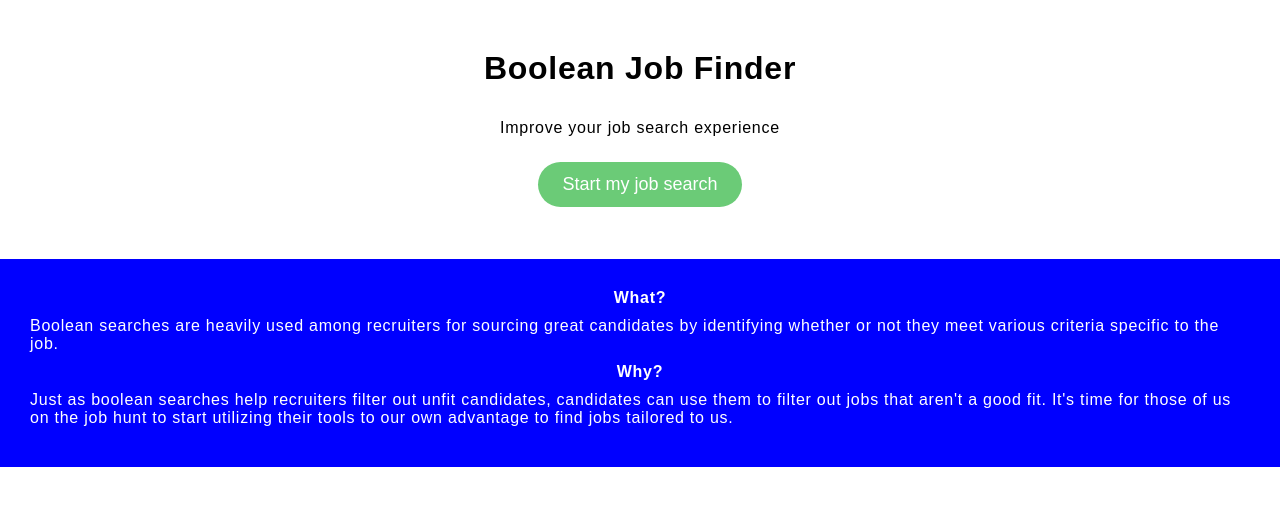
Repository: Rthompson2548/boolean-job-searcher
Page: /
An editor plug-in stored every save of this project. The page is shown before and after the next save, followed by the edit.
The browser window is 1280 px wide. The pictures show the whole page.
The project was rebuilt for these pictures with package versions that can differ from the ones it lists, and the page was loaded fresh each time.

Above is the page before, as saved 2022-04-05 14:28:23.

### public/index.html
<!DOCTYPE html>
<html lang="en">
  <head>
    <meta charset="utf-8" />
    <link rel="icon" href="%PUBLIC_URL%/favicon.ico" />
    <meta name="viewport" content="width=device-width, initial-scale=1" />
    <meta name="theme-color" content="#000000" />
    <meta
      name="description"
      content="Web site created using create-react-app"
    />
    <link rel="preconnect" href="https://fonts.googleapis.com">
    <link rel="preconnect" href="https://fonts.gstatic.com" crossorigin>
    <link href="https://fonts.googleapis.com/css2?family=Inconsolata&family=League+Spartan&display=swap" rel="stylesheet">

    <title>React App</title>
  </head>
  <body>
    <noscript>You need to enable JavaScript to run this app.</noscript>
    <div id="root"></div>
    <!--
      This HTML file is a template.
      If you open it directly in the browser, you will see an empty page.

      You can add webfonts, meta tags, or analytics to this file.
      The build step will place the bundled scripts into the <body> tag.

      To begin the development, run `npm start` or `yarn start`.
      To create a production bundle, use `npm run build` or `yarn build`.
    -->
  </body>
</html>

### src/App.js
import "./styles.css";
// import { CopyToClipboard } from "react-copy-to-clipboard";
import React, { useState, useEffect, useRef } from "react";



export default function App() {
  let searchCategories = [
    "Experience",
    "Location",
    "Tech Stack",
    "Title",
    "Technologies",
    "Company"
  ];

let defaultCategories = [
  {
    id: 1,
    name: "Experience",
    placeholders: ["Junior", "Entry", "Grad", "Student"]
  },
  {
    id: 2,
    name: "Location",
    placeholders: ["Junior", "Entry", "Grad", "Student"]
  },
  {
    id: 3,
    name: "End",
    placeholders: ["Junior", "Entry", "Grad", "Student"]
  },
  {
    id: 4,
    name: "Title",
    placeholders: ["Junior", "Entry", "Grad", "Student"]
  },
  {
    id: 5,
    name: "Technologies",
    placeholders: ["Junior", "Entry", "Grad", "Student"]
  },
  {
    id: 6,
    name: "Company Name",
    placeholders: ["Junior", "Entry", "Grad", "Student"]
  }
];


const [copyString, setCopyString] = useState("");
const [addCategory, setAddCategory] = useState(false);
const [addCategoryBtnText, setAddCategoryBtnText] = useState(
"Start my job search"
)
const [category, setCategory] = useState("");
const [categoryChosen, setCategoryChosen] = useState(false);
const [categoryOptions, setCategoryOptions] = useState(false);
const [showCategoryForm, setShowCategoryForm] = useState(false);
const [showNewCategoryButton, setShowNewCategoryButton] = useState(true);
const [showName, setShowName] = useState(false);
const [showForm, setShowForm] = useState(false);
const [showAddWordBtn, setShowAddWordBtn] = useState(false)
const [word, setWord] = useState("");
const [list, setList] = useState([]);
const [show, setShow] = useState(false);
const [finishBtn, setFinishBtn] = useState(false);
const [finished, setFinished] = useState(false);
const [result, setResult] = useState([]);
const [doneWarning, setDoneWarning] = useState(false);
const [goodbyeMessage, setGoodbyeMessage] = useState(false);


const handleNewCategory = () => {
  setCategory("");
  setAddCategoryBtnText("Add a category");
  setShowNewCategoryButton(false);
  setFinishBtn(false);
  setCategoryOptions(true);
  setCategoryChosen(false);
};



const handleCustomCategory = () => {
  setShowCategoryForm(true);
  setCategoryOptions(false);
};


const handleCategoryNameChange = event => {
  setCategory(event.target.value);
};

const submitCategory = () => {
  setAddCategory(false);
  setShowName(true);
  setShowNewCategoryButton(false);
  setShowAddWordBtn(true);
  setShowForm(true);
  setShowCategoryForm(false);
};


const handleAddWord = () => {
  setShowForm(true);
  setCategoryOptions(false);
  setCategoryChosen(true);
};


const handleCategoryClick = event => {
  setCategory(event.target.value);
  setCategoryChosen(true);
};


const handleWordChange = event => {
  setWord(event.target.value);
};


  const [noLetters, setNoLetters] = useState(false);

  const submitAsteriskWord = () => {
    if (word.length <= 1) {
      setNoLetters(true);
    } else {
      setList((prevList) => [...prevList, `"${word}*"`]);
      setWord("");
      setShow(true);
      console.log(word);
    }
  };

  const submitWord = () => {
    if (word.length <= 1) {
      setNoLetters(true);
    } else {
      setList((prevList) => [...prevList, `"${word}"`]);
      setWord("");
      setShow(true);
      console.log(word);
    }
  };

  useEffect(() => {
    setCategory(category);
  }, [category]);

  let booleanString = `(${list.join(" OR ")})`;

  const handleSubmitCategoryWords = () => {
    setShowNewCategoryButton(true);
    setShow(false);
    setShowName(false);
    setShowForm(false);
    setFinishBtn(true);
    setResult((previousResult) => [...previousResult, booleanString]);
    console.log(result.join(" AND "));
    console.log(`list: ${list}`);
    setList([]);
    console.log(`list: ${list}`);
    setCopyString(result.join(" AND "));
  };

  const handleGenerateString = () => {
    setFinished(true);
    setFinishBtn(false);
    setShowNewCategoryButton(false);
    setDoneWarning(false);
    // setGoodbyeMessage(true);
  };

const handleDone = () => {
  setDoneWarning(true);
  setFinished(false);
};


const handleConfirmFinished = () => {
  setDoneWarning(false);
  setGoodbyeMessage(true);
  setShow(false);
  setFinished(false);
};



  return (
    <div className="App">
      <div className="header">
        <h1 className="app-title">Boolean Job Finder</h1>
        <p>Improve your job search experience</p>
        <button className="start-btn" onClick={handleNewCategory}>
          {addCategoryBtnText}
        </button>

      </div>
      <div>
    </div>


      {categoryOptions === true && (
        <div>
          <div>
<p className="pick-a-category-txt">Click a category below to start</p>


            {/* iterates through array of category names and returns a button for each */}
            <div className="category-btns">
              {searchCategories.map((value, i) => (
                <button
                  id="category-btn"
                  className="category-btn"
                  key={i}
                  value={searchCategories[i]}
                  onClick={handleCategoryClick}
                >
                  {value}
                </button>
              ))}

            </div>

{
  categoryChosen === true && (
    <button className="continue-btn" onClick={handleAddWord}>
      Continue
    </button>
  )
}
          </div>
        </div>
      )}

{
  showCategoryForm === true && (
    <div>
      <label>Enter a custom category name</label>
      <input
        placeholder="Enter category name"
        onChange={handleCategoryNameChange}
        value={category}
      />

<button onClick={submitCategory}>Submit</button>;

    </div>
  )
}

      {showForm === true && (
        <div className="keyword-form">
          <h1>{category}</h1>

          <div className="keyword-form-info">
            <div>
              <label>Enter 1 or more keywords</label>
            </div>
            <input
              placeholder="Enter two or more letters..."
              value={word}
              onChange={handleWordChange}
            />
          </div>

          <div className="keyword-btns">
            <button onClick={submitWord}>Include exact keyword</button>
            <button onClick={submitAsteriskWord}>
              Include similar keywords
            </button>

          </div>


        </div>
      )}

      {show === true && (
        <div className="keyword-string">
          <h4>{booleanString}</h4>
        </div>
      )}

      {showForm === true && (
        <div>
          <button className="continue-btn" onClick={handleSubmitCategoryWords}>
            Continue
          </button>
        </div>
      )}

      {showNewCategoryButton === true && (
        // <div className="what-why">
            <div className="what-why-info">
              <h4>What?</h4>
              <p>
                Boolean searches are heavily used among recruiters for sourcing great
                candidates by identifying whether or not they meet various criteria specific
                to the job.
              </p>
              <h4>Why?</h4>
              <p>
                Just as boolean searches help recruiters filter out unfit candidates, candidates can use them to filter out jobs that aren't a good fit. It's time for those of us on the job hunt to start utilizing their tools to our own advantage to find jobs tailored to us.
              </p>
          </div>


        // </div>
      )}


      {finishBtn === true && (
        <div>
          <button className="done-btn" onClick={handleGenerateString}>
            Submit
          </button>
        </div>
      )}

      {finished === true && (
        <div className="boolean-string">
          <p value={copyString}>{result.join(" AND ")}</p>
          <button className="done-btn" onClick={handleDone}>
            Done
          </button>
        </div>
      )}

      {doneWarning === true && (
        <div className="boolean-string">
          <p>Are you sure? This cannot be undone</p>
          <button className="done-btn" onClick={handleConfirmFinished}>
            Yes, I am done
          </button>
        </div>
      )}

      {goodbyeMessage === true && (
        <div className="goodye-msg boolean-string">
<p>Goodbye!</p>;

          <button
            className="start-btn"
            onClick={() => window.location.reload(false)}
          >
            Home
          </button>
        </div>
      )}
    </div>
  );
}

### src/styles.css
* {
  margin: 0;
  padding: 0;
  /* background-color: #fff; */
  /* color: #000; */
  /* padding: 18px 0; */
}

.App {
  font-family: sans-serif;
  text-align: center;
  letter-spacing: 0.75px;
}

.header {
  line-height: 2rem;
  letter-spacing: 0.75px;
  padding: 52px 0;
}

img {
  width: 250px;
  height: auto;
}

button {
  /* width: 300px; */
  border-radius: 25px;
  background-color: #fff;
  color: #000;
  border: none;
  margin: 18px 0 0 0;
  font-size: 18px;
}

.app-title {
  margin-bottom: 28px;
  font-size: 32px;
}

h3 {
  font-size: 22px;
}

.what-why-info {
  overflow: hidden;
  background-color: blue;
  padding: 30px;
  color: #fff !important;
}

.what-why-info p {
  margin: 10px 0 !important;
  text-align: left !important;
}




.start-btn {
  background-color: #6bcb77 !important;
  color: #fff;
  font-size: 18px;
  vertical-align: middle;
  padding: 12px 24px;
}

.pick-a-category-txt {
  font-size: 18px;
  margin-bottom: 12px;
}

input {
  background-color: #fff;
  font-size: 18px;
  color: #000;
  width: 260px;
  border: 1.5px solid black;
  border-radius: 25px;
}

label {
  font-size: 20px;
}

.category-btns {
  /* center the element */
  right: 0;
  left: 0;
  margin-right: auto;
  margin-left: auto;
  display: flex;
  flex-direction: column;
  align-items: center;
}

.category-btns button {
  background-color: #ff6b6b;
  color: #fff;
  padding: 12px 42px;
  width: 300px;
}

.category-buttons button:active,
button:focus {
  /* color: #fff !important;
  background-color: #FFD93D !important; */
}

.category-buttons button:visited:after {
  color: #fff !important;
  background-color: #000 !important;
}

.continue-btn {
  background-color: #4d96ff;
  color: #fff;
}

.keyword-form-info {
  margin-top: 24px;
}

.keyword-form-info input {
  padding: 10px 24px 10px 10px;
  margin-top: 16px;
}

.keyword-btns {
  display: flex;
  flex-direction: column;
  align-items: center;
  margin: 10px 0 24px 0;
}

.keyword-btns button {
  background-color: #ff6b6b;
  color: #fff;
  font-size: 18px;
}

.keyword-string {
  padding: 20px;
  font-size: 20px;
  line-height: 2rem;
}

.goodye-msg {
  /* padding-top: 25%; */
  font-size: 42px !important;
}

.goodye-msg button {
  /* background-color: #4D96FF !important; */
  /* vertical-align: middle !important; */
}

.boolean-string {
  font-size: 32px;
  font-weight: bold;
  padding-top: 10%;
}


.boolean-string button {
  background-color: #fa58bc;
  color: #fff;
}

.done-btn {
  background-color: #4d96ff !important;
  color: #fff;
  font-size: 22px;
  vertical-align: middle;
  width: 400px;
  padding: 20px 0;
  margin-top: 36px;
}

.home-btn {
  background-color: #6bcb77 !important;
}

Loaded but not shown: src/index.js (common file); src/index.css (no stored copy; drawn as an empty file)

After the next save:
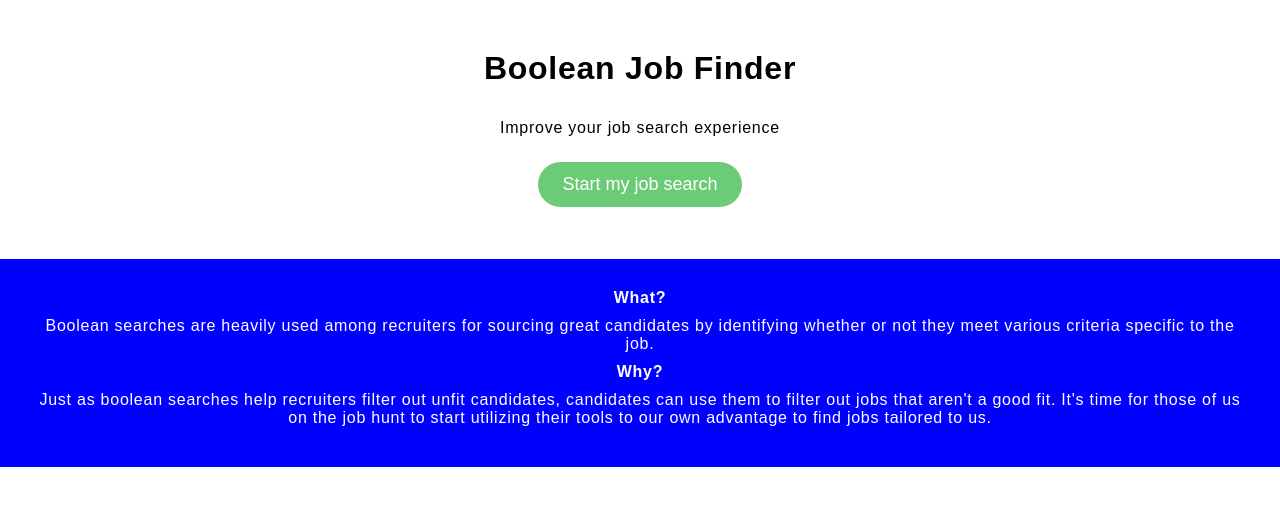
Saved 9 s later.
--- a/src/styles.css
+++ b/src/styles.css
@@ -51,7 +51,7 @@ h3 {
 
 .what-why-info p {
   margin: 10px 0 !important;
-  text-align: left !important;
+  /* text-align: left !important; */
 }
 
 
